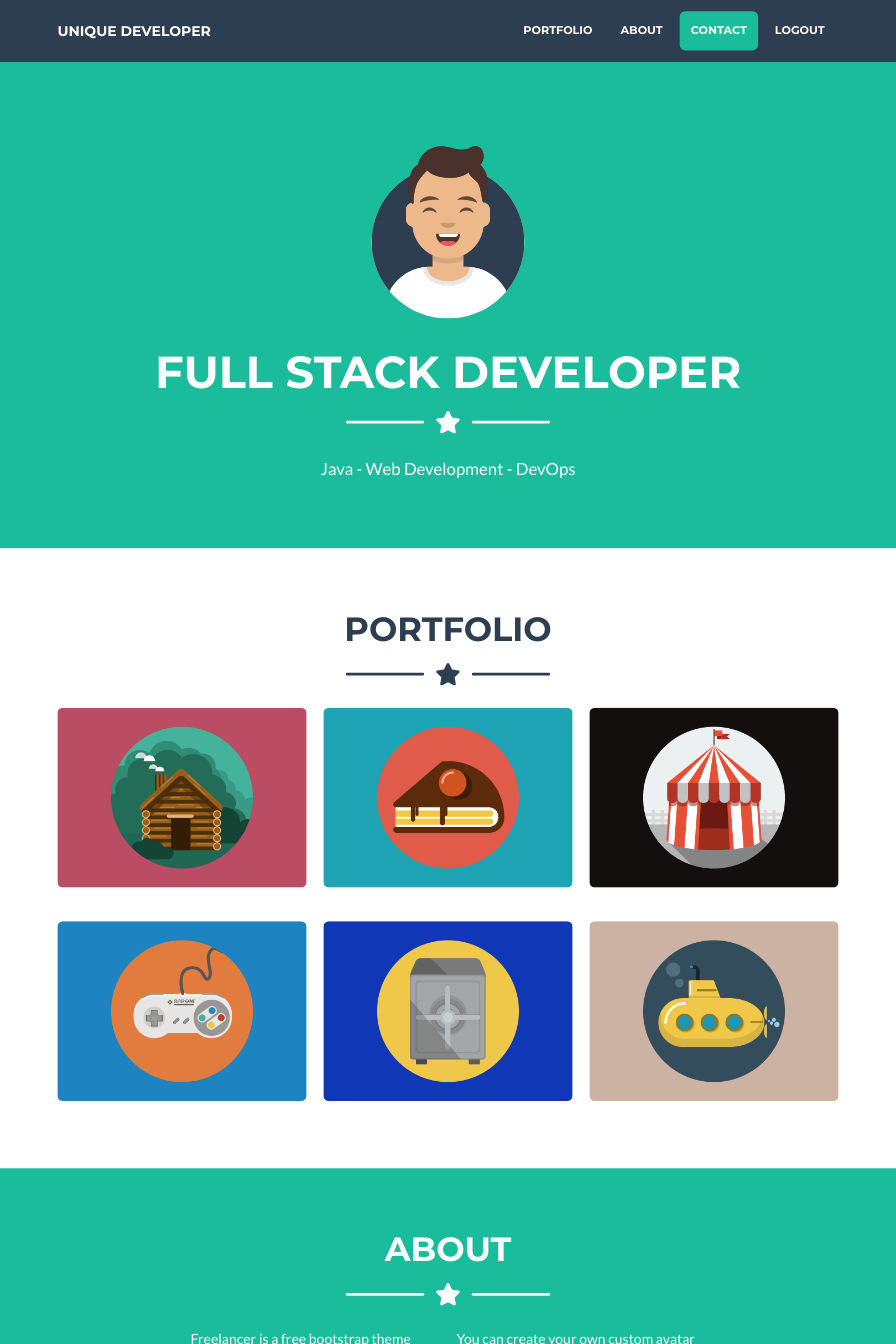
Repository: kunalbrahmankar11/random
Page: http://localhost/signup/
These files come from the project's save history. The page is drawn as it stood at one moment and after the next save; the edit follows.
The browser window is 1280 px wide. The pictures show the part of the page from y = 0 to 1920 px (the page is 3532 px tall), at 70% of full size.
The page is served by Tomcat 9. The session is filled in as if someone had signed in: {"name": "Test User"}.

Above is the page before, as saved 2024-02-29 10:33:33.

After the next save:
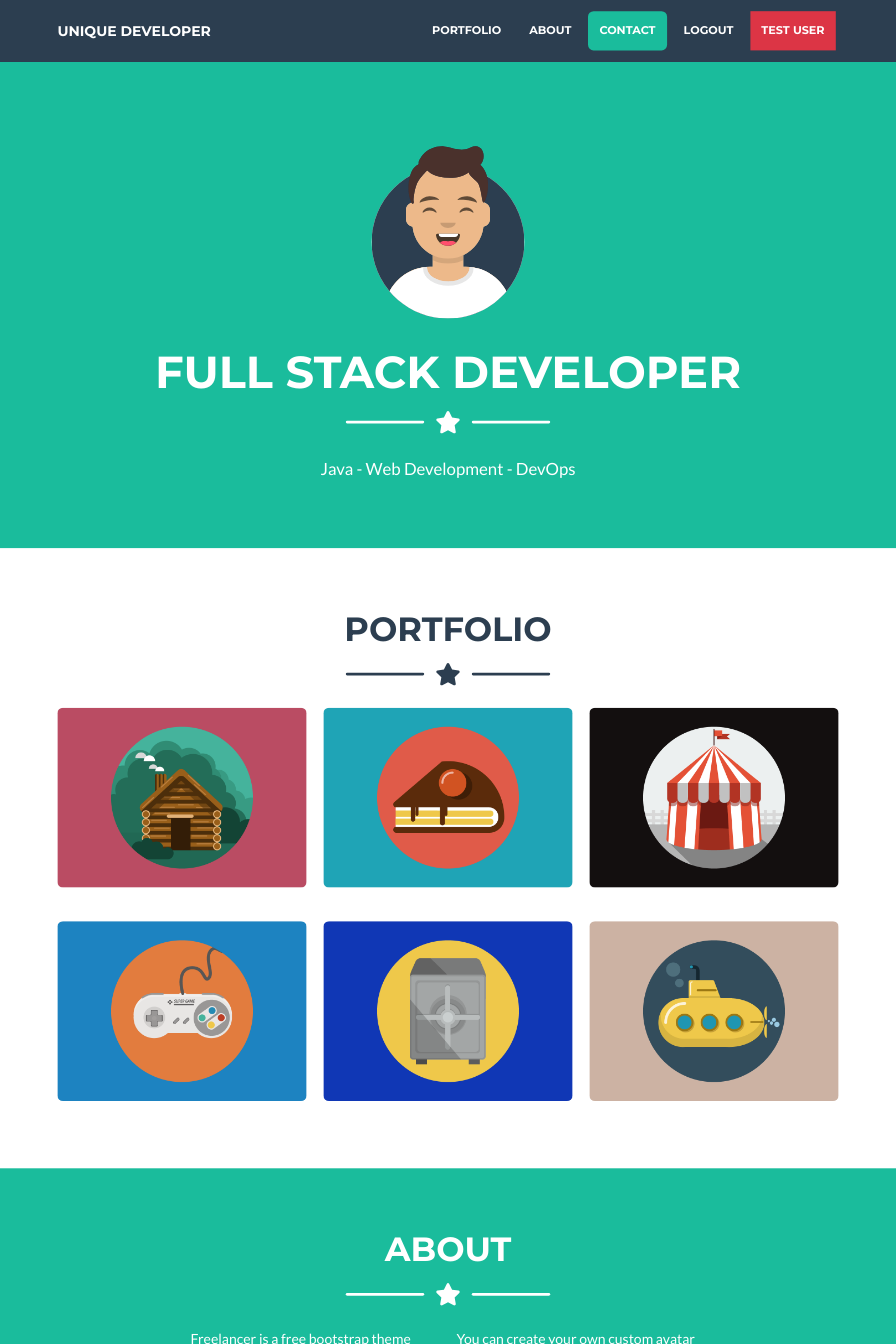
Saved 5 min 46 s later.
--- a/eclipse1/signup/src/main/webapp/index.jsp
+++ b/eclipse1/signup/src/main/webapp/index.jsp
@@ -49,8 +49,9 @@ if(session.getAttribute("name")==null){
 					<li class="nav-item mx-0 mx-lg-1"><a
 						class="nav-link py-3 px-0 px-lg-3 rounded" href="#contact">Contact</a></li>
 					<li class="nav-item mx-0 mx-lg-1"><a
-						class="nav-link py-3 px-0 px-lg-3 rounded" href="">Logout</a></li>
-
+						class="nav-link py-3 px-0 px-lg-3 rounded" href="Logout">Logout</a></li>
+					<li class="nav-item mx-0 mx-lg-1 bg-danger"><a
+						class="nav-link py-3 px-0 px-lg-3 rounded" href="Logout"><%=session.getAttribute("name")%></a></li>
 				</ul>
 			</div>
 		</div>
